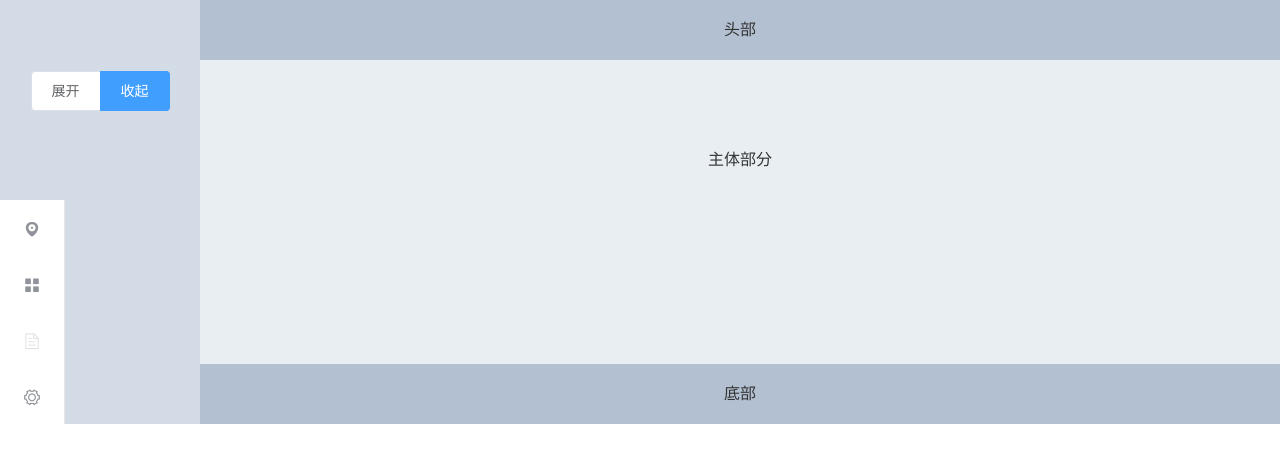
Repository: yshuf/bookstore-Management
Page: /about (app in bookstore-management/)
An editor plug-in stored every save of this project. The page is shown before and after the next save, followed by the edit.
The browser window is 1280 px wide. The pictures show the whole page.
The project was rebuilt for these pictures with package versions that can differ from the ones it lists, and the page was loaded fresh each time. Also part of the build but not shown: bookstore-management/vue.config.js, bookstore-management/src/components/HelloWorld.vue, bookstore-management/src/views/Home.vue, bookstore-management/src/views/About.vue.

Above is the page before, as saved 2020-03-06 19:11:33.

### bookstore-management/src/main.ts
import Vue from 'vue'
import App from './App.vue'
import './registerServiceWorker'
import router from './router'
import store from './store'
import ElementUI from 'element-ui'
import 'element-ui/lib/theme-chalk/index.css'

Vue.use(ElementUI)
Vue.config.productionTip = false

new Vue({
  router,
  store,
  render: h => h(App)
}).$mount('#app')

### bookstore-management/src/App.vue
<template>
  <div id="app">
       <el-container>
            <el-aside width="200px">
                <el-radio-group v-model="isCollapse" style="margin-bottom: 20px;">
                    <el-radio-button :label="false">展开</el-radio-button>
                    <el-radio-button :label="true">收起</el-radio-button>
                </el-radio-group>
                <el-menu default-active="1-4-1" class="el-menu-vertical-demo" @open="handleOpen" @close="handleClose" :collapse="isCollapse">
                  <el-submenu index="1">
                    <template slot="title">
                      <i class="el-icon-location"></i>
                      <span slot="title">导航一</span>
                    </template>
                    <el-menu-item-group>
                      <span slot="title">分组一</span>
                      <el-menu-item index="1-1">选项1</el-menu-item>
                      <el-menu-item index="1-2">选项2</el-menu-item>
                    </el-menu-item-group>
                    <el-menu-item-group title="分组2">
                      <el-menu-item index="1-3">选项3</el-menu-item>
                    </el-menu-item-group>
                    <el-submenu index="1-4">
                      <span slot="title">选项4</span>
                      <el-menu-item index="1-4-1">选项1</el-menu-item>
                    </el-submenu>
                  </el-submenu>
                  <el-menu-item index="2">
                    <i class="el-icon-menu"></i>
                    <span slot="title">导航二</span>
                  </el-menu-item>
                  <el-menu-item index="3" disabled>
                    <i class="el-icon-document"></i>
                    <span slot="title">导航三</span>
                  </el-menu-item>
                  <el-menu-item index="4">
                    <i class="el-icon-setting"></i>
                    <span slot="title">导航四</span>
                  </el-menu-item>
                </el-menu>
            </el-aside>
            <el-container>
              <el-header>头部</el-header>
              <el-main>主体部分</el-main>
              <el-footer>底部</el-footer>
            </el-container>
        </el-container>
    <!-- <div id="nav">
      <router-link to="/">首页</router-link> |
      <router-link to="/about">登录</router-link>
    </div>
    <router-view/> -->
  </div>
</template>

<script>
export default {
    data () {
        return {
            isCollapse: true
        }
    },
    methods: {
       handleOpen (key, keyPath) {
            console.log(key, keyPath)
       },
       handleClose (key, keyPath) {
            console.log(key, keyPath)
       }
    }
}
</script>

<style lang="less">
body,html {
    margin: 0;
    padding: 0;
}
#app {
  font-family: Avenir, Helvetica, Arial, sans-serif;
  -webkit-font-smoothing: antialiased;
  -moz-osx-font-smoothing: grayscale;
  text-align: center;
  color: #2c3e50;
}
.el-menu-vertical-demo:not(.el-menu--collapse) {
   width: 200px;
   min-height: 400px;
 }
.el-header, .el-footer {
  background-color: #B3C0D1;
  color: #333;
  text-align: center;
  line-height: 60px;
}

.el-aside {
  background-color: #D3DCE6;
  color: #333;
  text-align: center;
  line-height: 200px;
}

.el-main {
  background-color: #E9EEF3;
  color: #333;
  text-align: center;
  line-height: 160px;
}

body > .el-container {
  margin-bottom: 40px;
}

.el-container:nth-child(5) .el-aside,
.el-container:nth-child(6) .el-aside {
  line-height: 260px;
}

.el-container:nth-child(7) .el-aside {
  line-height: 320px;
}

#nav {
  padding: 30px;

  a {
    font-weight: bold;
    color: #2c3e50;

    &.router-link-exact-active {
      color: #42b983;
    }
  }
}
</style>

Loaded but not shown: bookstore-management/public/index.html (common file); bookstore-management/src/registerServiceWorker.ts (common file); bookstore-management/src/router/index.ts (common file); bookstore-management/src/store/index.ts (common file)

After the next save:
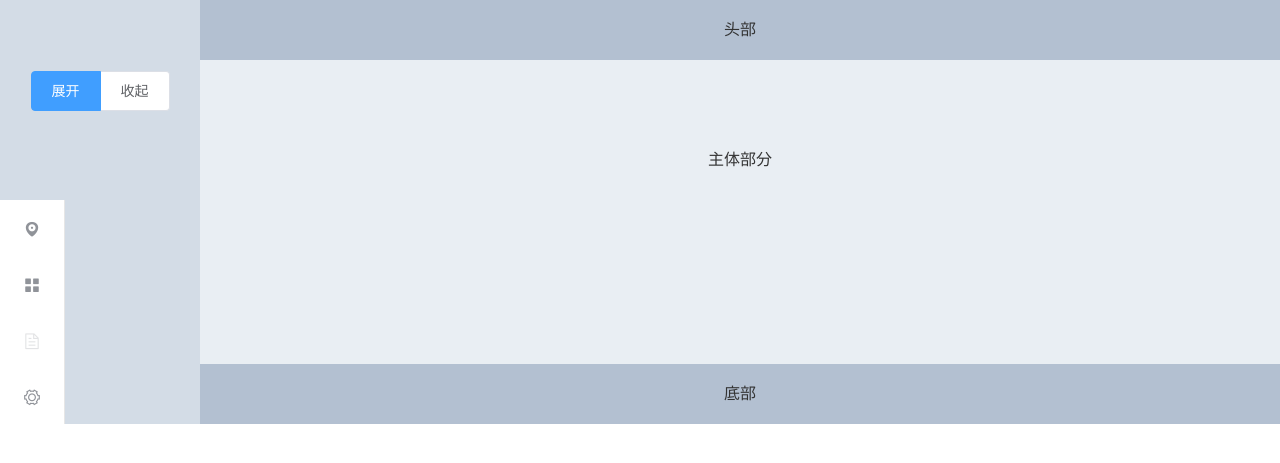
Saved 76 s later.
--- a/bookstore-management/src/App.vue
+++ b/bookstore-management/src/App.vue
@@ -3,8 +3,8 @@
        <el-container>
             <el-aside width="200px">
                 <el-radio-group v-model="isCollapse" style="margin-bottom: 20px;">
-                    <el-radio-button :label="false">展开</el-radio-button>
-                    <el-radio-button :label="true">收起</el-radio-button>
+                    <el-radio-button :label="true">展开</el-radio-button>
+                    <el-radio-button :label="false">收起</el-radio-button>
                 </el-radio-group>
                 <el-menu default-active="1-4-1" class="el-menu-vertical-demo" @open="handleOpen" @close="handleClose" :collapse="isCollapse">
                   <el-submenu index="1">

After the save that followed:
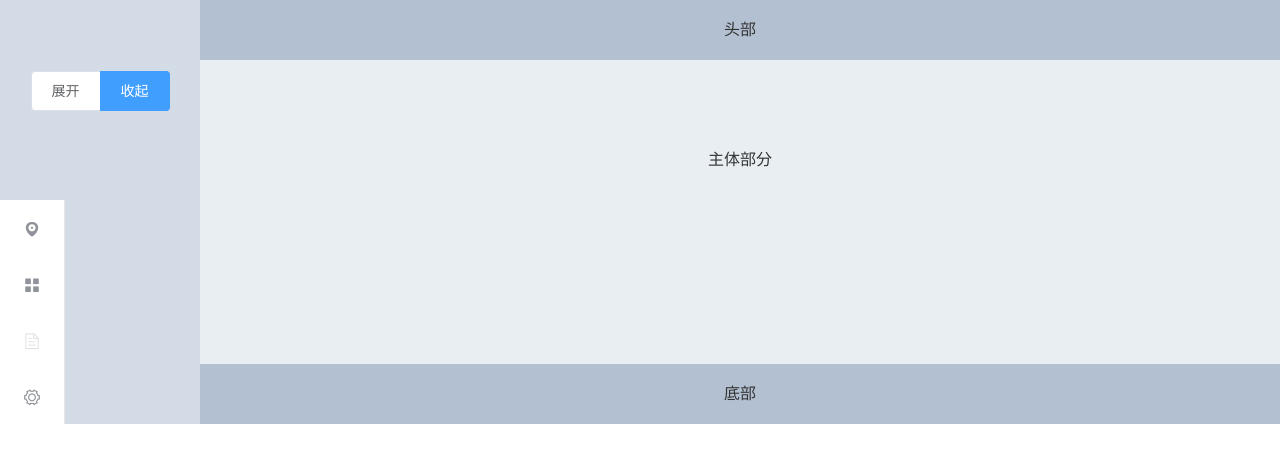
Saved 87 s later.
--- a/bookstore-management/src/App.vue
+++ b/bookstore-management/src/App.vue
@@ -3,8 +3,8 @@
        <el-container>
             <el-aside width="200px">
                 <el-radio-group v-model="isCollapse" style="margin-bottom: 20px;">
-                    <el-radio-button :label="true">展开</el-radio-button>
-                    <el-radio-button :label="false">收起</el-radio-button>
+                    <el-radio-button :label="false">展开</el-radio-button>
+                    <el-radio-button :label="true">收起</el-radio-button>
                 </el-radio-group>
                 <el-menu default-active="1-4-1" class="el-menu-vertical-demo" @open="handleOpen" @close="handleClose" :collapse="isCollapse">
                   <el-submenu index="1">
@@ -83,10 +83,10 @@
   text-align: center;
   color: #2c3e50;
 }
-.el-menu-vertical-demo:not(.el-menu--collapse) {
-   width: 200px;
-   min-height: 400px;
- }
+ .el-menu-vertical-demo:not(.el-menu--collapse) {
+    width: 200px;
+    min-height: 400px;
+  }
 .el-header, .el-footer {
   background-color: #B3C0D1;
   color: #333;
